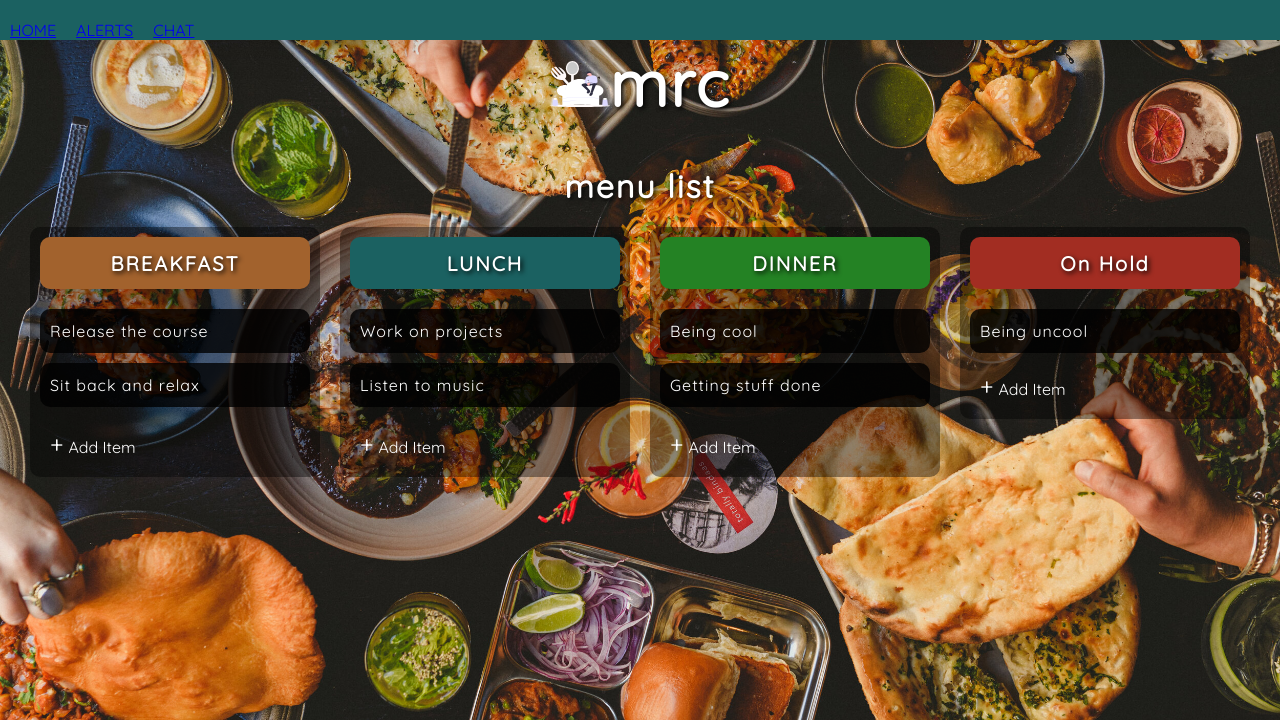
Repository: Anasooya2601/drag-and-drop
Page: index.html
These files come from the project's save history. The page is drawn as it stood at one moment and after the next save; the edit follows.
The browser window is 1280 px wide. The pictures show the whole page.
The pointer rests on the first visible `nav ul li`.

Above is the page before, as saved 2021-02-15 20:12:09.

After the next save:
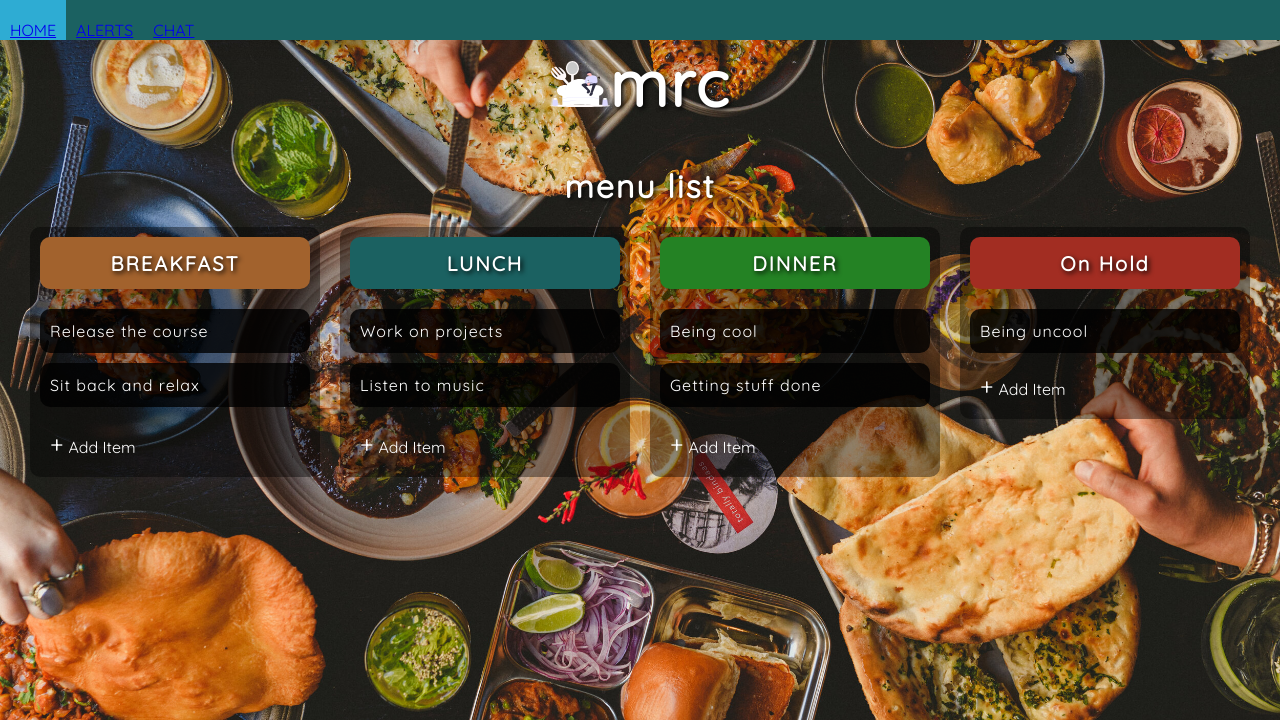
Saved 4 min 59 s later.
--- a/style.css
+++ b/style.css
@@ -43,7 +43,7 @@ nav ul li{
   padding: 0 10px;
   transition: .4s;
 }
-
+nav ul li:hover{background:#2eacd3;}
 h1 {
   letter-spacing: 2px;
   text-shadow: 2px 2px 5px black;
